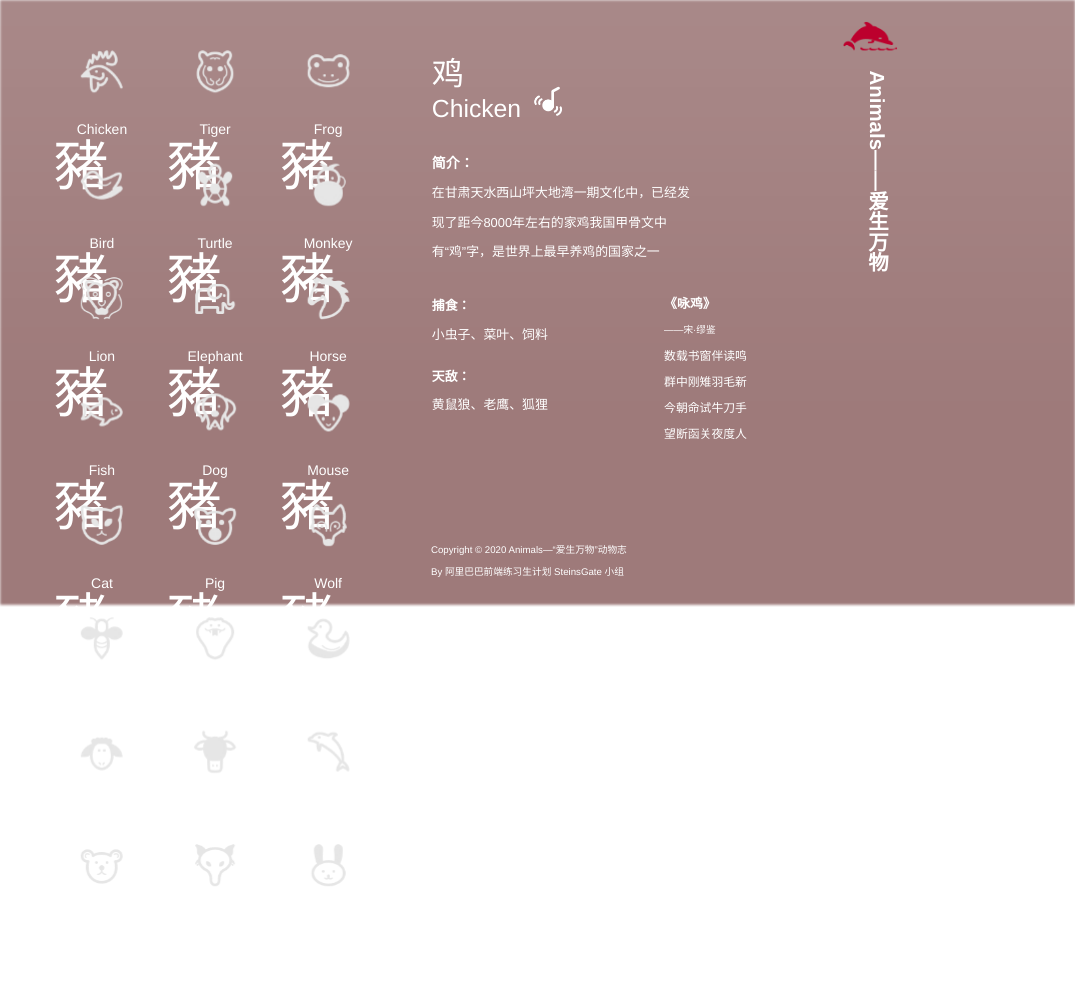
Repository: Whiskeyi/Animals
Page: /
An editor plug-in stored every save of this project. The page is shown before and after the next save, followed by the edit.
The browser window is 1280 px wide. The pictures show the whole page, at 84% of full size.
The project was rebuilt for these pictures with package versions that can differ from the ones it lists, and the page was loaded fresh each time.

Above is the page before, as saved 2021-11-18 22:54:09.

After the next save:
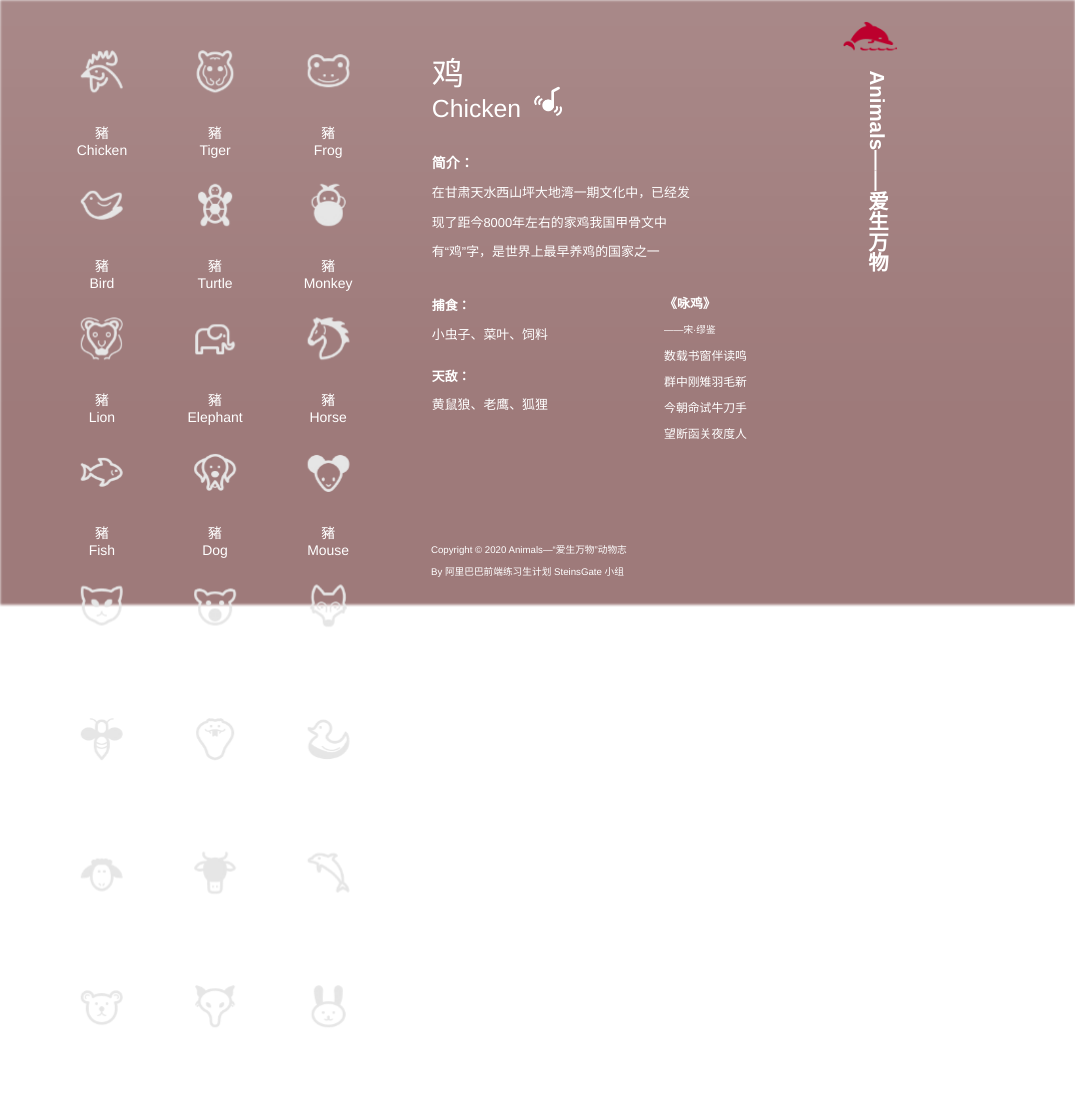
Saved 10 s later.
--- a/src/styles/flip.scss
+++ b/src/styles/flip.scss
@@ -10,10 +10,7 @@
     transform-style: preserve-3d;
     cursor: pointer;
   }
-  .animal {
-    font-size: 65px;
-    position: absolute;
-  }
+
   .word,
   .pic {
     /* 隐藏3D的背面 */
